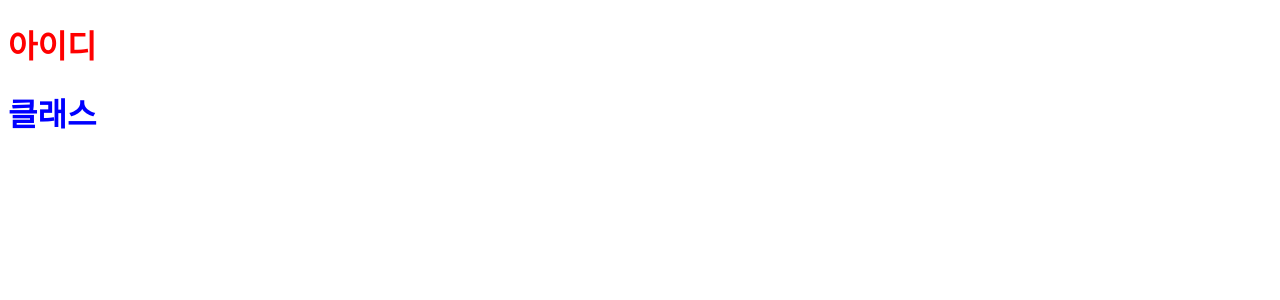
Repository: kwakminjung/bootclass
Page: Day2/frontend/src/main/resources/static/index.html
An editor plug-in stored every save of this project. The page is shown before and after the next save, followed by the edit.
The browser window is 1280 px wide. The pictures show the whole page.

Above is the page before, as saved 2024-07-02 01:42:09.

After the next save:
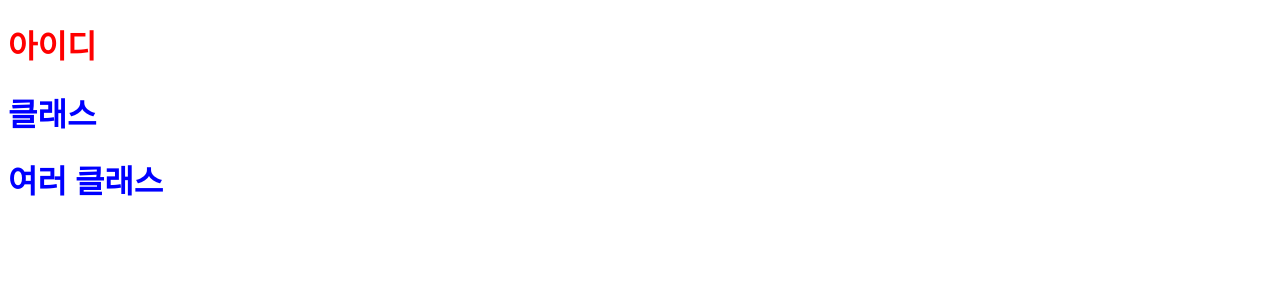
Saved 41 s later.
--- a/Day2/frontend/src/main/resources/static/index.html
+++ b/Day2/frontend/src/main/resources/static/index.html
@@ -19,6 +19,7 @@ color:blue;
 <h1 id="i1">아이디</h1>
 
 <h1 class="c1">클래스</h1>
+<h1 class="c1">여러 클래스</h1>
 
 </body>
 </html>
